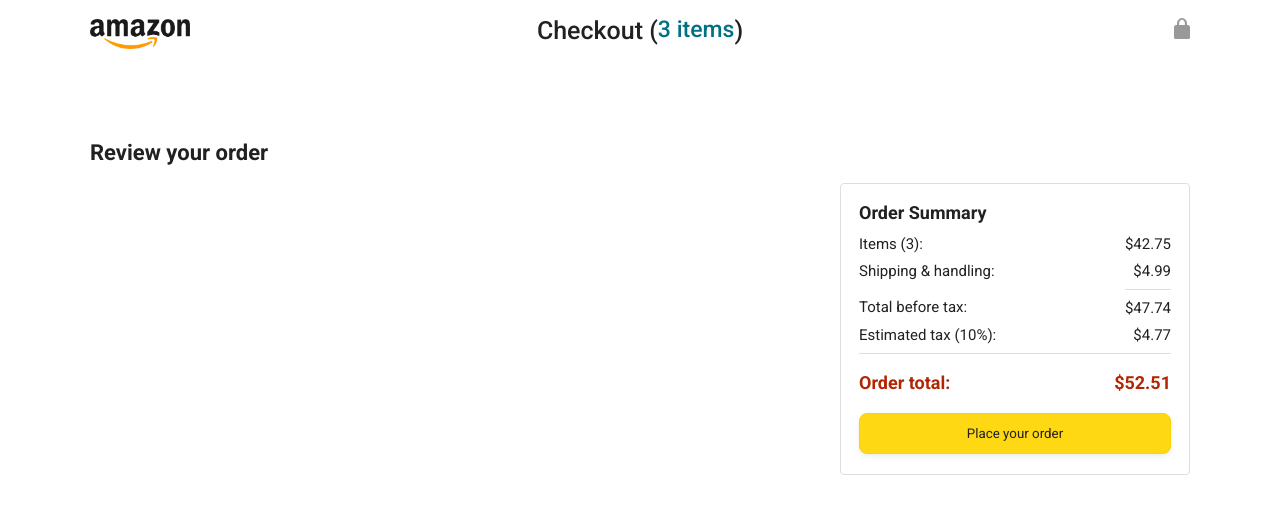
Repository: Gaurav124937/Javascirpt-amazon-clone
Page: html/checkout.html
The author's editor kept a copy of each file at every save. The page is drawn from the files as they stood at one save, then again after the next save.
The browser window is 1280 px wide. The pictures show the whole page.

Above is the page before, as saved 2026-10-09 21:59:24.

### html/checkout.html
<!doctype html>
<html>
  <head>
    <title>Checkout</title>

    <!-- This code is needed for responsive design to work.
      (Responsive design = make the website look good on
      smaller screen sizes like a phone or a tablet). -->
    <meta name="viewport" content="width=device-width, initial-scale=1" />

    <!-- Load a font called Roboto from Google Fonts. -->
    <link rel="preconnect" href="https://fonts.googleapis.com" />
    <link rel="preconnect" href="https://fonts.gstatic.com" crossorigin />
    <link
      href="https://fonts.googleapis.com/css2?family=Roboto:wght@400;500;700&display=swap"
      rel="stylesheet"
    />

    <!-- Here are the CSS files for this page. -->
    <link rel="stylesheet" href="../styles/shared/general.css" />
    <link
      rel="stylesheet"
      href="../styles/pages/checkout/checkout-header.css"
    />
    <link rel="stylesheet" href="../styles/pages/checkout/checkout.css" />
  </head>
  <body>
    <div class="checkout-header">
      <div class="header-content">
        <div class="checkout-header-left-section">
          <a href="../html/amazon.html">
            <img class="amazon-logo" src="../images/amazon-logo.png" />
            <img
              class="amazon-mobile-logo"
              src="../images/amazon-mobile-logo.png"
            />
          </a>
        </div>

        <div class="checkout-header-middle-section">
          Checkout (<a class="return-to-home-link" href="../html/amazon.html"
            >3 items</a
          >)
        </div>

        <div class="checkout-header-right-section">
          <img src="../images/icons/checkout-lock-icon.png" />
        </div>
      </div>
    </div>

    <div class="main">
      <div class="page-title">Review your order</div>

      <div class="checkout-grid">
        <div class="order-summary js-order-summary"></div>

        <div class="payment-summary">
          <div class="payment-summary-title">Order Summary</div>

          <div class="payment-summary-row">
            <div>Items (3):</div>
            <div class="payment-summary-money">$42.75</div>
          </div>

          <div class="payment-summary-row">
            <div>Shipping &amp; handling:</div>
            <div class="payment-summary-money">$4.99</div>
          </div>

          <div class="payment-summary-row subtotal-row">
            <div>Total before tax:</div>
            <div class="payment-summary-money">$47.74</div>
          </div>

          <div class="payment-summary-row">
            <div>Estimated tax (10%):</div>
            <div class="payment-summary-money">$4.77</div>
          </div>

          <div class="payment-summary-row total-row">
            <div>Order total:</div>
            <div class="payment-summary-money">$52.51</div>
          </div>

          <button class="place-order-button button-primary">
            Place your order
          </button>
        </div>
      </div>
    </div>
    <script type="module" src="../js/checkout.js"></script>
  </body>
</html>

### styles/shared/general.css
body {
  font-family: Roboto, Arial;
  color: rgb(33, 33, 33);
  /* The <body> element has a default margin of 8px
     on all sides. This removes the default margins. */
  margin: 0;
}

/* <p> elements have a default margin on the top
   and bottom. This removes the default margins. */
p {
  margin: 0;
}

button {
  cursor: pointer;
}

select {
  cursor: pointer;
}

input, select, button {
  font-family: Roboto, Arial;
}

.button-primary {
  color: rgb(33, 33, 33);
  background-color: rgb(255, 216, 20);
  border: 1px solid rgb(252, 210, 0);
  border-radius: 8px;
  cursor: pointer;
  box-shadow: 0 2px 5px rgba(213, 217, 217, 0.5);
}

.button-primary:hover {
  background-color: rgb(247, 202, 0);
  border: 1px solid rgb(242, 194, 0);
}

.button-primary:active {
  background: rgb(255, 216, 20);
  border-color: rgb(252, 210, 0);
  box-shadow: none;
}

.button-secondary {
  color: rgb(33, 33, 33);
  background: white;
  border: 1px solid rgb(213, 217, 217);
  border-radius: 8px;
  cursor: pointer;
  box-shadow: 0 2px 5px rgba(213, 217, 217, 0.5);
}

.button-secondary:hover {
  background-color: rgb(247, 250, 250);
}

.button-secondary:active {
  background-color: rgb(237, 253, 255);
  box-shadow: none;
}

/* These styles will limit text to 2 lines. Anything
   beyond 2 lines will be replaced with "..."
   You can find this code by using an A.I. tool or by
   searching in Google.
   https://css-tricks.com/almanac/properties/l/line-clamp/ */
.limit-text-to-2-lines {
  display: -webkit-box;
  -webkit-line-clamp: 2;
  -webkit-box-orient: vertical;
  overflow: hidden;
}

.link-primary {
  color: rgb(1, 124, 182);
  cursor: pointer;
}

.link-primary:hover {
  color: rgb(196, 80, 0);
}

/* Styles for dropdown selectors. */
select {
  color: rgb(33, 33, 33);
  background-color: rgb(240, 240, 240);
  border: 1px solid rgb(213, 217, 217);
  border-radius: 8px;
  padding: 3px 5px;
  font-size: 15px;
  cursor: pointer;
  box-shadow: 0 2px 5px rgba(213, 217, 217, 0.5);
}

select:focus,
input:focus {
  outline: 2px solid rgb(255, 153, 0);
}

### styles/pages/checkout/checkout-header.css
.checkout-header {
  height: 60px;
  padding-left: 30px;
  padding-right: 30px;
  background-color: white;

  display: flex;
  justify-content: center;

  position: fixed;
  top: 0;
  left: 0;
  right: 0;
  z-index: 1000;
}

.header-content {
  width: 100%;
  max-width: 1100px;

  display: flex;
  align-items: center;
}

.checkout-header-left-section {
  width: 150px;
}

.amazon-logo {
  width: 100px;
  margin-top: 12px;
}

.amazon-mobile-logo {
  display: none;
}

/* @media is used to create responsive design (making the
   website look good on any screen size). This @media
   means when the screen width is 575px or less, different
   styles (inside the {...}) will be applied. */
@media (max-width: 575px) {
  .checkout-header-left-section {
    width: auto;
  }

  .amazon-logo {
    display: none;
  }

  .amazon-mobile-logo {
    display: inline-block;
    height: 35px;
    margin-top: 5px;
  }
}

.checkout-header-middle-section {
  flex: 1;
  flex-shrink: 0;
  text-align: center;

  font-size: 25px;
  font-weight: 500;

  display: flex;
  justify-content: center;
}

.return-to-home-link {
  color: rgb(0, 113, 133);
  font-size: 23px;
  text-decoration: none;
  cursor: pointer;
}

@media (max-width: 1000px) {
  .checkout-header-middle-section {
    font-size: 20px;
    margin-right: 60px;
  }

  .return-to-home-link {
    font-size: 18px;
  }
}

@media (max-width: 575px) {
  .checkout-header-middle-section {
    margin-right: 5px;
  }
}

.checkout-header-right-section {
  text-align: right;
  width: 150px;
}

@media (max-width: 1000px) {
  .checkout-header-right-section {
    width: auto;
  }
}

### styles/pages/checkout/checkout.css
.main {
  max-width: 1100px;
  padding-left: 30px;
  padding-right: 30px;

  margin-top: 140px;
  margin-bottom: 100px;

  /* margin-left: auto;
     margin-right auto;
     Is a trick for centering an element horizontally
     without needing a container. */
  margin-left: auto;
  margin-right: auto;
}

.page-title {
  font-weight: 700;
  font-size: 22px;
  margin-bottom: 18px;
}

.checkout-grid {
  display: grid;
  /* Here, 1fr means the first column will take
     up the remaining space in the grid. */
  grid-template-columns: 1fr 350px;
  column-gap: 12px;

  /* Use align-items: start; to prevent the elements
     in the grid from stretching vertically. */
  align-items: start;
}

@media (max-width: 1000px) {
  .main {
    max-width: 500px;
  }

  .checkout-grid {
    grid-template-columns: 1fr;
  }
}

.cart-item-container,
.payment-summary {
  border: 1px solid rgb(222, 222, 222);
  border-radius: 4px;
  padding: 18px;
}

.cart-item-container {
  margin-bottom: 12px;
}

.payment-summary {
  padding-bottom: 5px;
}

@media (max-width: 1000px) {
  .payment-summary {
    /* grid-row: 1 means this element will be placed into row
      1 in the grid. (Normally, the row that an element is
      placed in is determined by the order of the elements in
      the HTML. grid-row overrides this default ordering). */
    grid-row: 1;
    margin-bottom: 12px;
  }
}

.delivery-date {
  color: rgb(0, 118, 0);
  font-weight: 700;
  font-size: 19px;
  margin-top: 5px;
  margin-bottom: 22px;
}

.cart-item-details-grid {
  display: grid;
  /* 100px 1fr 1fr; means the 2nd and 3rd column will
     take up half the remaining space in the grid
     (they will divide up the remaining space evenly). */
  grid-template-columns: 100px 1fr 1fr;
  column-gap: 25px;
}

@media (max-width: 1000px) {
  .cart-item-details-grid {
    grid-template-columns: 100px 1fr;
    row-gap: 30px;
  }
}

.product-image {
  max-width: 100%;
  max-height: 120px;

  /* margin-left: auto;
     margin-right auto;
     Is a trick for centering an element horizontally
     without needing a container. */
  margin-left: auto;
  margin-right: auto;
}

.product-name {
  font-weight: 700;
  margin-bottom: 8px;
}

.product-price {
  color: rgb(177, 39, 4);
  font-weight: 700;
  margin-bottom: 5px;
}

.product-quantity .link-primary {
  margin-left: 3px;
}

@media (max-width: 1000px) {
  .delivery-options {
    /* grid-column: 1 means this element will be placed
       in column 1 in the grid. (Normally, the column that
       an element is placed in is determined by the order
       of the elements in the HTML. grid-column overrides
       this default ordering).

       / span 2 means this element will take up 2 columns
       in the grid (Normally, each element takes up 1
       column in the grid). */
    grid-column: 1 / span 2;
  }
}

.delivery-options-title {
  font-weight: 700;
  margin-bottom: 10px;
}

.delivery-option {
  display: grid;
  grid-template-columns: 24px 1fr;
  margin-bottom: 12px;
  cursor: pointer;
}

.delivery-option-input {
  margin-left: 0px;
  cursor: pointer;
}

.delivery-option-date {
  color: rgb(0, 118, 0);
  font-weight: 500;
  margin-bottom: 3px;
}

.delivery-option-price {
  color: rgb(120, 120, 120);
  font-size: 15px;
}

.payment-summary-title {
  font-weight: 700;
  font-size: 18px;
  margin-bottom: 12px;
}

.payment-summary-row {
  display: grid;
  /* 1fr auto; means the width of the 2nd column will be
     determined by the elements inside the column (auto).
     The 1st column will take up the remaining space. */
  grid-template-columns: 1fr auto;

  font-size: 15px;
  margin-bottom: 9px;
}

.payment-summary-money {
  text-align: right;
}

.subtotal-row .payment-summary-money {
  border-top: 1px solid rgb(222, 222, 222);
}

.subtotal-row div {
  padding-top: 9px;
}

.total-row {
  color: rgb(177, 39, 4);
  font-weight: 700;
  font-size: 18px;

  border-top: 1px solid rgb(222, 222, 222);
  padding-top: 18px;
}

.place-order-button {
  width: 100%;
  padding-top: 12px;
  padding-bottom: 12px;
  border-radius: 8px;

  margin-top: 11px;
  margin-bottom: 15px;
}

### js/checkout.js
import { renderOrderSummary } from "./checkout/orderSummary.js";
import { renderPaymentSummary } from "./checkout/paymentSummary.js";

renderOrderSummary();
renderPaymentSummary();

### js/checkout/orderSummary.js
import { cart, removeFromCart, updateDeliveryOptions } from "../../data/cart.js";
import { products, getProduct } from "../../data/products.js";
import { formatCurrency } from "../utils/money.js";
import { deliveryOptions, getDeliveryOption } from "../../data/deliveryOptions.js";


// IMPORT EXTERNAL LIBRARIES AS MODULES
// ESM version : (Emmascript modules)
// type of version of javascript used to import external LIBRARIES
// NAMED IMPORT : to import specific part
//import {dayjs} from ' url';
// DEFAULT EXPORT : to import (export default functionName;) part like this in an ESM js file
// each file can have only one default export
import dayjs from "https://unpkg.com/supersimpledev@8.5.0/dayjs/esm/index.js";

export function renderOrderSummary() {

  let cartSummaryHtml = ``;
  cart.forEach((cartItem) => {
    const productId = cartItem.productId;

    const matchingProduct = getProduct(productId);
    const deliveryOptionId = cartItem.deliveryOptionId;
    const deliveryOption = getDeliveryOption(deliveryOptionId);
    const today = dayjs();
    const deliveryDate = today.add(deliveryOption.deliveryDays, "days");
    const dataString = deliveryDate.format("dddd ,MMMM D");


    cartSummaryHtml += `
  <div class="cart-item-container js-cart-item-container-${matchingProduct.id}">
            <div class="delivery-date">
              Delivery date: ${dataString}
            </div>

            <div class="cart-item-details-grid">
              <img class="product-image"
                src="${matchingProduct.image}">

              <div class="cart-item-details">
                <div class="product-name">
                  ${matchingProduct.name}
                </div>
                <div class="product-price">
                  ${formatCurrency(matchingProduct.priceCents)}
                </div>
                <div class="product-quantity">
                  <span>
                    Quantity: <span class="quantity-label">${cartItem.quantity}</span>
                  </span>
                  <span class="update-quantity-link link-primary">
                    Update
                  </span>
                  <span class="delete-quantity-link js-delete-link link-primary" data-product-id =${matchingProduct.id}>
                    Delete
                  </span>
                </div>
              </div>

              <div class="delivery-options">
                <div class="delivery-options-title">
                  Choose a delivery option:
                </div>
                ${devliveryOptionsHTML(matchingProduct, cartItem)}

                </div>
            </div>
          </div>


  `;
  });

  function devliveryOptionsHTML(matchingProduct, cartItem) {
    let HTML = ``;
    deliveryOptions.forEach((deliveryOption) => {
      const today = dayjs();
      const deliveryDate = today.add(deliveryOption.deliveryDays, "days");
      const dataString = deliveryDate.format("dddd ,MMMM D");

      const priceString =
        deliveryOption.priceCents === 0
          ? "FREE"
          : `$${formatCurrency(deliveryOption.priceCents)} -`;

      const isChecked = deliveryOption.id === cartItem.deliveryOptionId;

      HTML += `
        <div class="delivery-option js-delivery-option"
          data-product-id = "${matchingProduct.id}"
          data-delivery-option-id = "${deliveryOption.id}">
          <input type="radio"
            ${isChecked ? 'checked' : ''}
            class="delivery-option-input"
            name="delivery-option-${matchingProduct.id}}">
          <div>
            <div class="delivery-option-date">
              ${dataString}
            </div>
            <div class="delivery-option-price">
              ${priceString} Shipping
            </div>
          </div>
        </div>
  `;
    });

    return HTML;
  }
  document.querySelector(".js-order-summary").innerHTML = cartSummaryHtml;

  document.querySelectorAll(".js-delete-link").forEach((link) => {
    link.addEventListener("click", () => {
      const productId = link.dataset.productId;
      removeFromCart(productId);
      const container = document.querySelector(
        `.js-cart-item-container-${productId}`,
      );
      container.remove();
    });
  });

  document.querySelectorAll(".js-delivery-option")
    .forEach((element) => {
      element.addEventListener('click', () => {
        const { productId, deliveryOptionId } = element.dataset;
        updateDeliveryOptions(productId, deliveryOptionId);
        renderOrderSummary();
      });
    });

}

### js/checkout/paymentSummary.js
//---------<MVC Architecture(Model--View---Controller)>-------------------
//Model: it means files which handle the data/infornation part of project
//View: it means the part of code/file which manages how the data wiil be shown and designed
//Controller: it means the part of code/file which makes the interaction possible(like addEventListener,buttons etc)
import { cart } from "../../data/cart.js";
import { getProduct } from "../../data/products.js";
import { getDeliveryOption } from "../../data/deliveryOptions.js";
export function renderPaymentSummary() {
    let productPriceCents = 0;
    let shippingPriceCents = 0;
    cart.forEach((cartItem) => {
        const product = getProduct(cartItem.productId);
        productPriceCents += product.priceCents * cartItem.quantity;

        const deliveryOption = getDeliveryOption(cartItem.deliveryOptionId);
        shippingPriceCents += deliveryOption.priceCents;

    });
    console.log(productPriceCents);
    console.log(shippingPriceCents);
}

### data/cart.js
export let cart = JSON.parse(localStorage.getItem("cart"));

if (!cart) {
  cart = [
    {
      productId: "e43638ce-6aa0-4b85-b27f-e1d07eb678c6",
      quantity: 2,
      deliveryOptionId: '1'
    },
    {
      productId: "15b6fc6f-327a-4ec4-896f-486349e85a3d",
      quantity: 1,
      deliveryOptionId: '2'
    },
  ];
}
//added since it belongs to cart

function saveToStorage() {
  localStorage.setItem("cart", JSON.stringify(cart));
}

function selector(productId) {
  //makin selector interactive
  const quantitySelector = document.querySelector(
    `.js-quantity-selector-${productId}`,
  );
  console.log(quantitySelector);

  const quantity = Number(quantitySelector.value);
  return quantity;
}

export function addTocart(productId) {
  let matchingItem;
  cart.forEach((cartItem) => {
    if (cartItem.productId === productId) {
      matchingItem = cartItem;
    }
  });

  //calling selector function
  const quantity = selector(productId);

  if (matchingItem) {
    matchingItem.quantity += quantity;
  } else {
    cart.push({
      productId: productId,
      quantity: quantity,
      deliveryOptionId: '1',
    });
  }

  saveToStorage();
}

export function removeFromCart(productId) {
  const newCart = [];
  cart.forEach((cartItem) => {
    if (cartItem.productId !== productId) {
      newCart.push(cartItem);
    }
  });

  cart = newCart;

  saveToStorage();
}


export function updateDeliveryOptions(productId, deliveryOptionId) {
  let matchingItem;
  cart.forEach((cartItem) => {
    if (cartItem.productId === productId) {
      matchingItem = cartItem;
    }
  });
  matchingItem.deliveryOptionId = deliveryOptionId;
  saveToStorage();
}

### data/deliveryOptions.js
export const deliveryOptions = [{
    id : '1',
    deliveryDays : '7',
    priceCents : 0
},
{
    id : '2',
    deliveryDays : '3',
    priceCents : 499
},
{
    id : '3',
    deliveryDays : '1',
    priceCents : 999
}];

export function getDeliveryOption(deliveryOptionId) {
  let deliveryOption;

  deliveryOptions.forEach(option => {
    if (option.id == deliveryOptionId) {
      deliveryOption = option;
    }
  });
  return deliveryOption || deliveryOptions[0];
}

### js/utils/money.js
export function formatCurrency(priceCents) {
  return (priceCents / 100).toFixed(2);
}

Loaded but not shown: data/products.js (669 lines, source omitted)

After the next save:
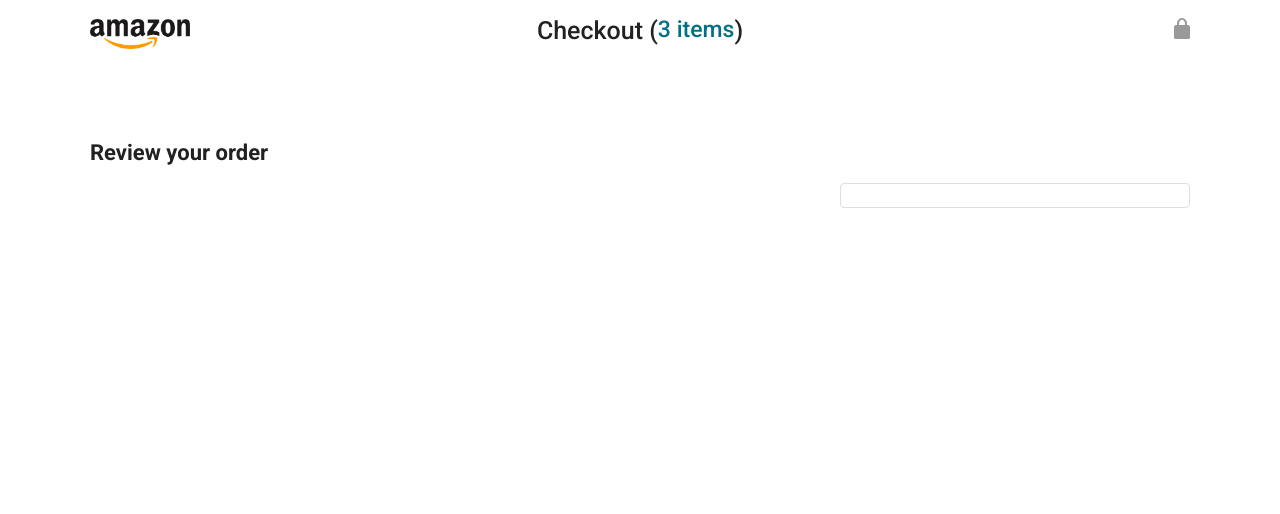
Saved 20 h 38 min later.
--- a/html/checkout.html
+++ b/html/checkout.html
@@ -55,38 +55,7 @@
       <div class="checkout-grid">
         <div class="order-summary js-order-summary"></div>
 
-        <div class="payment-summary">
-          <div class="payment-summary-title">Order Summary</div>
-
-          <div class="payment-summary-row">
-            <div>Items (3):</div>
-            <div class="payment-summary-money">$42.75</div>
-          </div>
-
-          <div class="payment-summary-row">
-            <div>Shipping &amp; handling:</div>
-            <div class="payment-summary-money">$4.99</div>
-          </div>
-
-          <div class="payment-summary-row subtotal-row">
-            <div>Total before tax:</div>
-            <div class="payment-summary-money">$47.74</div>
-          </div>
-
-          <div class="payment-summary-row">
-            <div>Estimated tax (10%):</div>
-            <div class="payment-summary-money">$4.77</div>
-          </div>
-
-          <div class="payment-summary-row total-row">
-            <div>Order total:</div>
-            <div class="payment-summary-money">$52.51</div>
-          </div>
-
-          <button class="place-order-button button-primary">
-            Place your order
-          </button>
-        </div>
+        <div class="payment-summary"></div>
       </div>
     </div>
     <script type="module" src="../js/checkout.js"></script>
